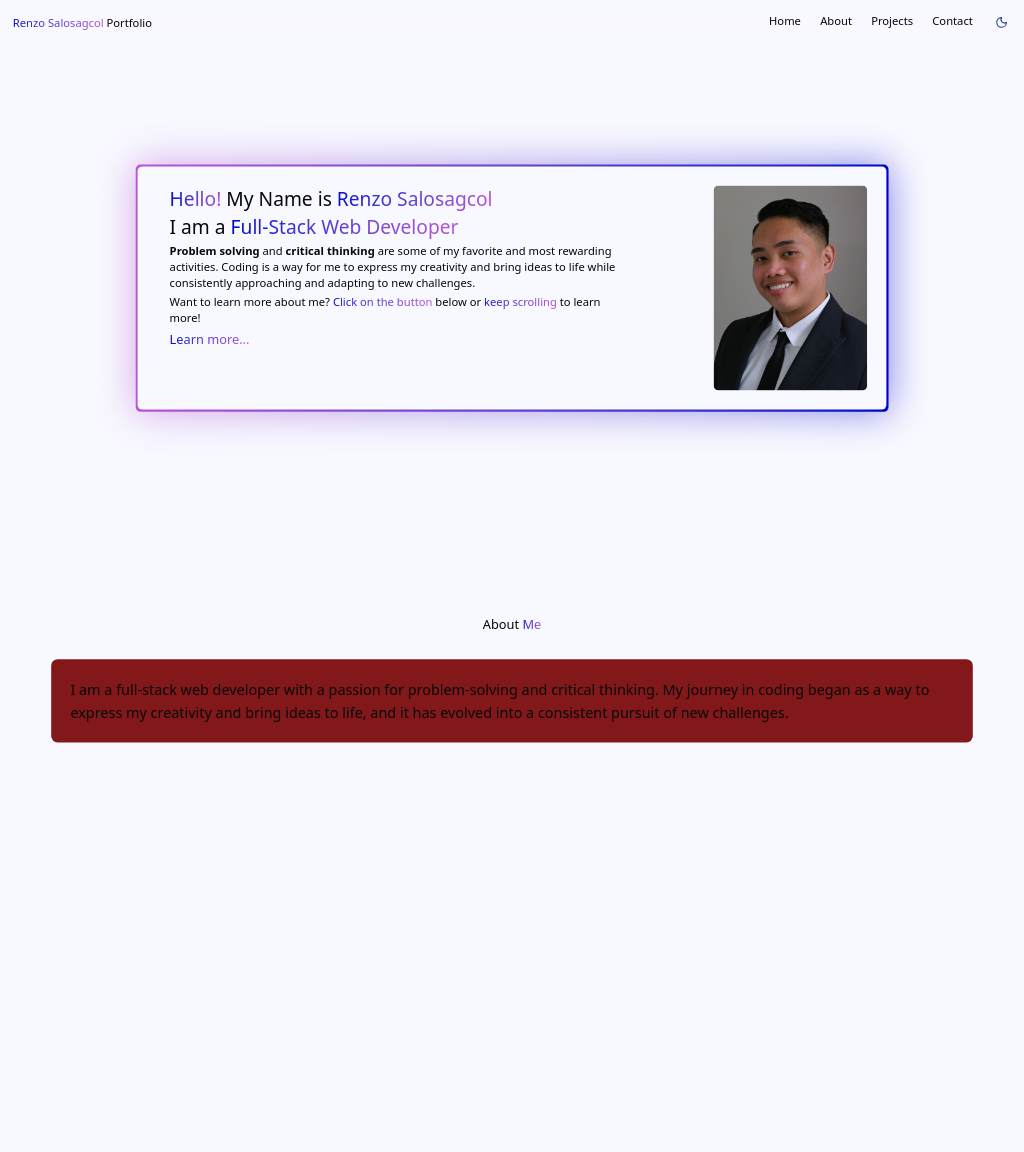
Repository: Renzo-Salosagcol/Updated_Personal_Portfolio
Page: /
An editor plug-in stored every save of this project. The page is shown before and after the next save, followed by the edit.
The browser window is 1280 px wide. The pictures show the whole page, at 80% of full size.
The project was rebuilt for these pictures with package versions that can differ from the ones it lists, and the page was loaded fresh each time. Also part of the build but not shown: vite.config.js, src/pages/NotFound.jsx.

Above is the page before, as saved 2025-10-10 12:20:50.

After the next save:
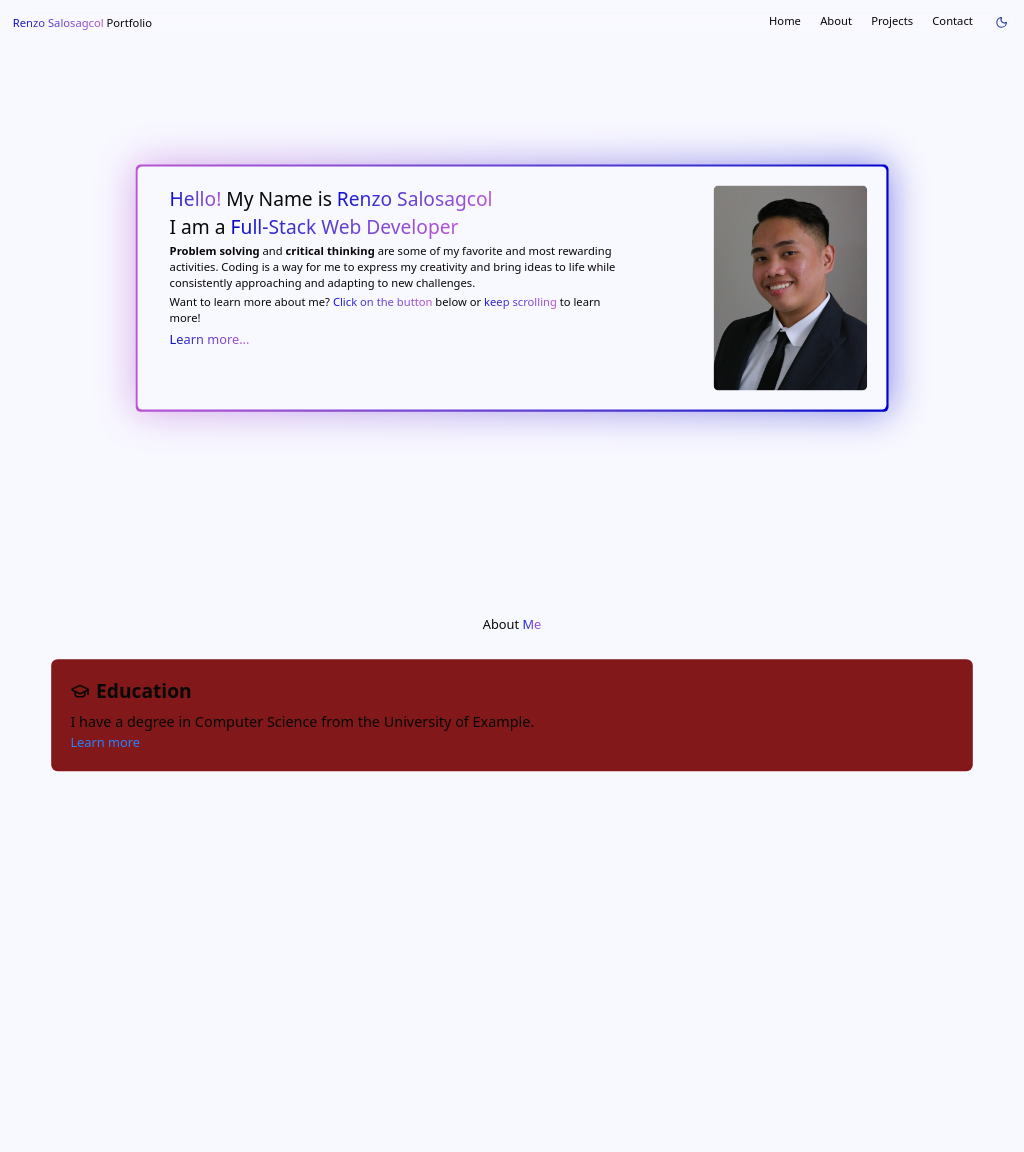
Saved 69 s later.
--- a/src/components/About.jsx
+++ b/src/components/About.jsx
@@ -16,9 +16,25 @@ export const About = () => {
         <h1 >About <span className="gradient-text">Me</span></h1>
       </div>
       <div className="bg-red-900 mx-auto mt-8 max-w-6xl rounded-lg p-6">
-        <p className="text-sm md:text-md lg:text-lg">
-          I am a full-stack web developer with a passion for problem-solving and critical thinking. My journey in coding began as a way to express my creativity and bring ideas to life, and it has evolved into a consistent pursuit of new challenges.
-        </p>
+        {experiences.map((experience, index) => (
+          <div key={index} className="mb-6 last:mb-0">
+            <h2 className="flex items-center text-2xl font-semibold mb-2">
+              <experience.icon className="w-6 h-6 mr-2" />
+              {experience.name}
+            </h2>
+            <p className="text-sm md:text-md lg:text-lg">
+              {experience.description}
+            </p>
+            <a
+              href={experience.link}
+              target="_blank"
+              rel="noopener noreferrer"
+              className="text-blue-500 hover:underline"
+            >
+              Learn more
+            </a>
+          </div>
+        ))}
       </div>
     </section>
   )
